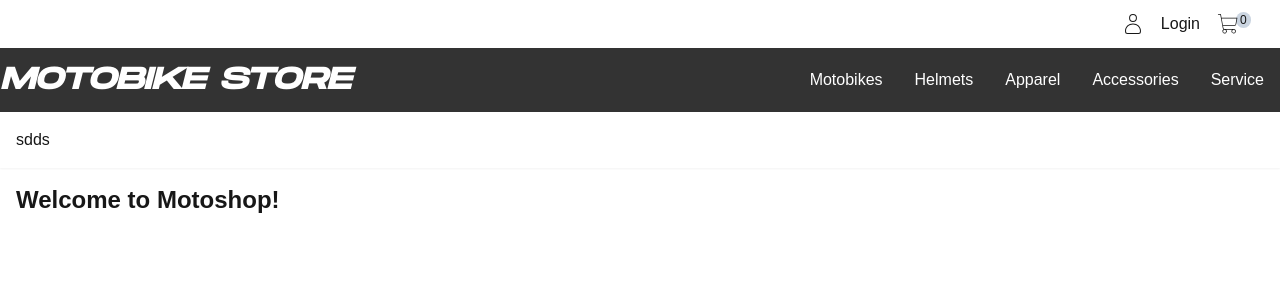
Repository: Than-sothearak/next-motoshop
Page: /
The author's editor kept a copy of each file at every save. The page is drawn from the files as they stood at one save, then again after the next save.
The browser window is 1280 px wide. The pictures show the whole page.
The project was rebuilt for these pictures with package versions that can differ from the ones it lists, and the page was loaded fresh each time. The framework's server and built-in components were replaced by stand-ins that run in the browser. Also part of the build but not shown: next.config.mjs.

Above is the page before, as saved 2024-10-10 21:23:53.

After the next save:
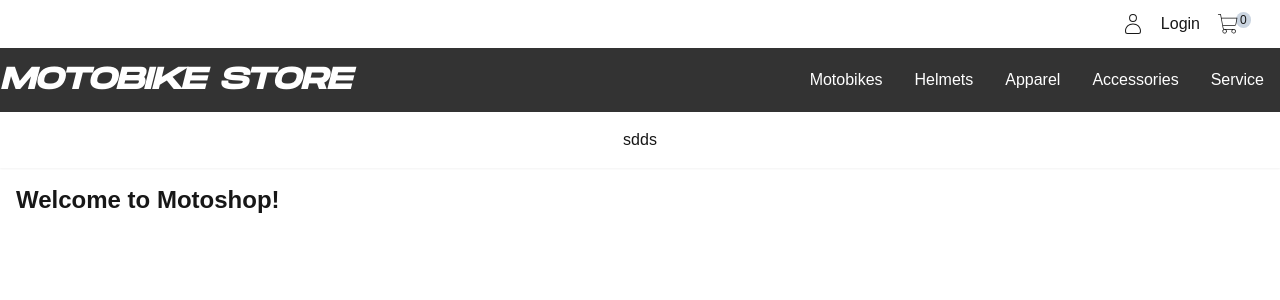
Saved 16 s later.
--- a/app/components/Navbar.js
+++ b/app/components/Navbar.js
@@ -52,7 +52,7 @@ export default function Navbar() {
         </div>
       </nav>
       <div className="">
-        <div className="container mx-auto shadow-sm p-4">
+        <div className="container mx-auto shadow-sm p-4 justify-center flex">
           <ul>
             <a>sdds</a>
           </ul>
